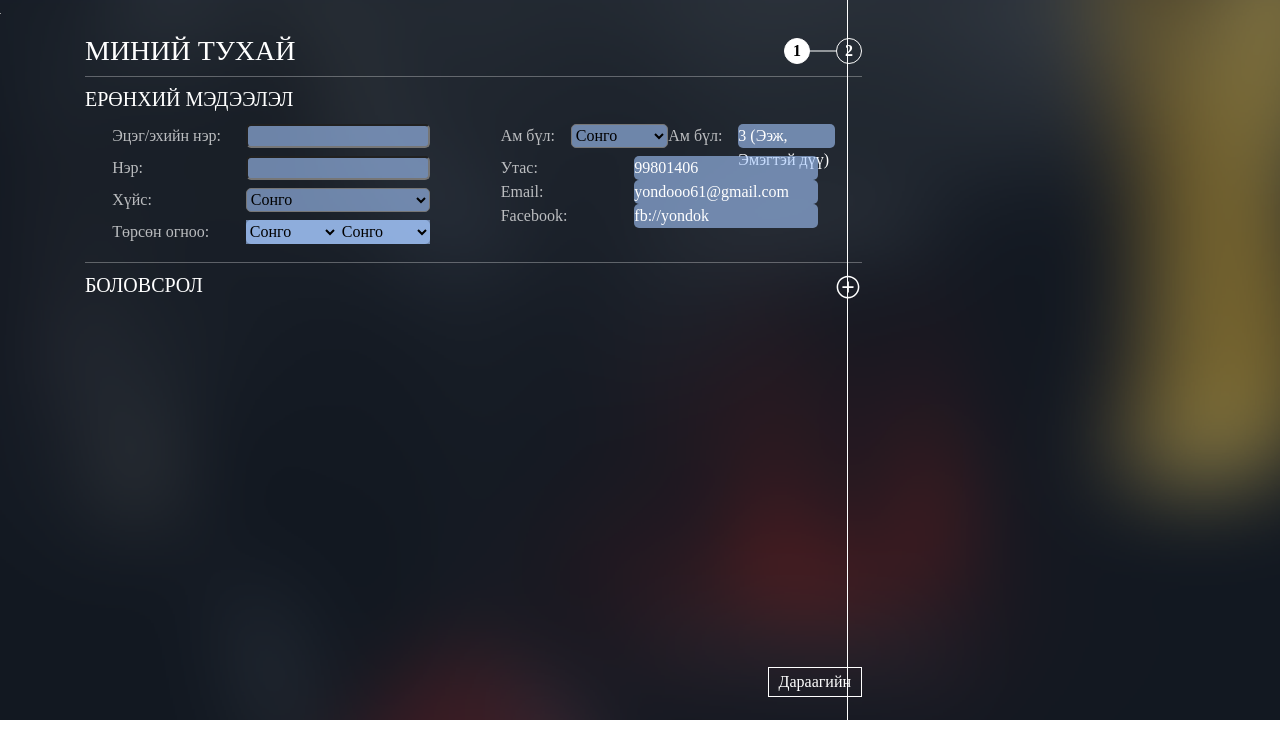
Repository: Yondo202/svProject
Page: /
An editor plug-in stored every save of this project. The page is shown before and after the next save, followed by the edit.
The browser window is 1280 px wide. The pictures show the whole page.
The project was rebuilt for these pictures with package versions that can differ from the ones it lists, and the page was loaded fresh each time. The framework's server and built-in components were replaced by stand-ins that run in the browser. Also part of the build but not shown: next.config.js, style/style.scss.

Above is the page before, as saved 2020-11-20 01:37:41.

### pages/_app.js
import React from "react";
import App from "next/app";
import '../style/style.scss'
import { AnimatePresence } from "framer-motion";
import { MenuProvider } from "@/miscs/ContextMenuProvider";
import { ThemeProvider } from "styled-components";
import * as theme from "@/miscs/theme";
import checkLanguage from "@/components/miscs/checkLanguage";

const base = "http://localhost:1337";

class MyApp extends App {
    state = {
        menu: [],
        completelyLoaded: false,
    };
    // async componentDidMount() {
    //     let res = await checkLanguage(queryString, null);
    //     this.setState({ completelyLoaded: true, menu: res.data.menu.Main});
    // }

    render() {
        const { Component, pageProps, router } = this.props;

        return (
            <ThemeProvider theme={theme}>
                <MenuProvider value={this.state}>
                    <AnimatePresence exitBeforeEnter>
                        <Component {...pageProps} key={router.route} />
                    </AnimatePresence>
                </MenuProvider>
            </ThemeProvider>
        );
    }
}

export default MyApp;

const queryString = ``

// const queryString = `
// {
// menu {
//     Main {
//     Title Slug Page {
//         Slug
//         }
//         }
//     }
// }`;

### pages/_document.js
import css from '../style/style.scss'
import Document, { Html, Head, Main, NextScript } from 'next/document'
import Pixel from "@/components/miscs/Pixel";

class MyDocument extends Document {
    render(){
        return(
            <Html lang="mn">
                <Head>
                    <link rel="stylesheet" href="https://stackpath.bootstrapcdn.com/bootstrap/4.3.1/css/bootstrap.min.css" integrity="sha384-ggOyR0iXCbMQv3Xipma34MD+dH/1fQ784/j6cY/iJTQUOhcWr7x9JvoRxT2MZw1T" crossOrigin="anonymous"/>
                    <link rel="shortcut icon" href="/img/ico.png" />
                    <link href="https://fonts.googleapis.com/css2?family=Roboto:wght@300;400;700&display=swap" rel="stylesheet"/>
                    <link href="https://fonts.googleapis.com/css2?family=Poppins:wght@300;400;500&display=swap" rel="stylesheet"></link>
                    <Pixel/>
                </Head>
                <body>
                    <Main/>
                    <NextScript/>
                </body>
            </Html>
        )
    }
}

export default MyDocument

### pages/index.js
import React from "react";
import { motion } from "framer-motion";
import Background from '../components/Top'
import Forms from '../components/mainForm'

function index() {
    return (
        <div>
            <Background />
            <Forms />
        </div>
    )
}

export default index




























// import Root from "@/core/Root";
// import ResolveComponent from "@/components/dynamic/ResolveComponent"
// import checkLanguage from "@/components/miscs/checkLanguage";
// import { MenuContext } from '@/miscs/ContextMenuProvider'
// import { useContext } from "react";

// const Index = ({ data }) => {

//     let { Layout } = data
//     const { completelyLoaded } = useContext(MenuContext);

//     return (
//         <motion.div exit={{ opacity: 0 }} initial={{ opacity: 0 }} animate={{ opacity: 1 }} >
//             <Root noFooter>
//                 {completelyLoaded &&
//                     <ResolveComponent data={Layout} />
//                 }
//             </Root>
//         </motion.div>
//     );

// };
// export default Index;

// export async function getServerSideProps({ params, req }) {
//     let res = await checkLanguage('/home', req, true);
//     return { props: { data: res.data } }
// }

### components/miscs/ContextMenuProvider.js
import React from 'react';

const MenuContext = React.createContext();

const MenuProvider = MenuContext.Provider
const MenuConsumer = MenuContext.Consumer

export {MenuProvider, MenuConsumer, MenuContext}

### components/miscs/theme.js
export const colorOne = "#532532";
export const colorTwo = "#123123";
export const fontSize = "16px";
export const fontFamily1 = "Poppins', sans-serif"

### components/miscs/checkLanguage.js
import fetch from "node-fetch";
import parseCookies from '@/miscs/parseCookies';

const checkLanguage = async (queryString, req, normal) =>{

    const cookies = parseCookies(req);
    const httpObject = { method: 'post', headers: { 'Content-Type': 'application/json'}, body: JSON.stringify({ query: `query ${queryString}`})}

    if(normal){
        return new Promise(async(resolve, reject) => {
            if(cookies['tb-lang'] === "en"){
                const res = await fetch(`http://localhost:1337${queryString}`);
                const pageData = await res.json();
                return resolve({data: pageData});
            }
            else{
                const res = await fetch(`http://localhost:1337${queryString}`);
                const pageData = await res.json();
                return resolve({data: pageData});
            }
        })
    }

    return new Promise(async(resolve, reject)=>{
      if(cookies['tb-lang'] === "en"){
          const res = await fetch('http://localhost:1337/graphql', httpObject)
          const pageData = await res.json()
          return resolve({data: pageData.data});
      }
      else{
          const res = await fetch('http://localhost:1337/graphql', httpObject)
          const pageData = await res.json()
          return resolve({data: pageData.data});
      }
    })

}

export default checkLanguage

### components/miscs/Pixel.js
import React from "react";

export default () => (
    <React.Fragment>
        <script
            dangerouslySetInnerHTML={{
                __html: `!function(f,b,e,v,n,t,s){if(f.fbq)return;n=f.fbq=function(){n.callMethod?n.callMethod.apply(n,arguments):n.queue.push(arguments)};if(!f._fbq)f._fbq=n;n.push=n;n.loaded=!0;n.version='2.0';n.queue=[];t=b.createElement(e);t.async=!0;t.src=v;s=b.getElementsByTagName(e)[0];s.parentNode.insertBefore(t,s)}(window,document,'script','https://connect.facebook.net/en_US/fbevents.js');fbq('init', '626874991348714'); fbq('track', 'PageView');`,
            }}
        />
        <noscript
            dangerouslySetInnerHTML={{
                __html: `<img height="1" width="1" src="https://www.facebook.com/tr?id=626874991348714&ev=PageView&noscript=1"/>`,
            }}
        />
    </React.Fragment>
);

### components/Top.js
// import React from 'react';

// const Test = ({data}) => {
//     return (
//         <div>
//             {data.Title && <h1>{data.Title}hahhaha</h1>}
//         </div>
//     );
// };

// export default Test;

import React from 'react'
import styled from 'styled-components'
function top({data}) {
    return (
        <Conainer style={{backgroundImage:"url('/img/Blur.png')"}}>
        </Conainer>
    )
}

export default top


const Conainer = styled.div`
    color:white;
    background-size: cover;
    background-position:center center;
    min-height: 80vh;
    max-height: 100vh;
    height: 100vh;
    width: 100%;
    position: fixed;
    top:0;
    z-index: -2;
`

### components/miscs/parseCookies.js
import cookie from 'cookie'

export default function parseCookies(req) {
    return cookie.parse(req ? req.headers.cookie || "" : document.cookie);
}

### components/form1.js
import React,{useState} from 'react'
import styled from 'styled-components'
import Modal from 'react-modal';
import {IoIosAddCircleOutline} from 'react-icons/io'
import {RiAddLine} from 'react-icons/ri'
import Education from '../components/education'
import Axios from 'axios';


const customStyles = {
    content : {
      top                   : '50%',
      left                  : '50%',
      right                 : 'auto',
      bottom                : 'auto',
      marginRight           : '-50%',
      transform             : 'translate(-50%, -50%)'
    }
  };

function form1() {
    var subtitle;
    const [modalIsOpen,setIsOpen] = React.useState(false);
    function openModal() {
      setIsOpen(true);
    }
    function closeModal(){
    setIsOpen(false);
    }
    const [Value,setValue] = useState('хоосон');


    const handleClick = async (e) =>{
        e.preventDefault();
        let rs = document.querySelectorAll('.getinput');
        let arr = Array.from(rs);
        let final = {};
        arr.map(element=>{
            let field = element.name;
            let value = element.value;
            final[field] = value
        });
        console.log(final, "kekeke")
        await Axios.post('http://localhost:1337/forms', final);
    }
    // const capitalize = (s) => {
    //     if (typeof s !== 'string') return ''
    //     return s.charAt(0).toUpperCase() + s.slice(1)
    //   }

    return (
        <Conainer>
            <div className="headerPAr">
                <h5 className="title">ЕРӨНХИЙ МЭДЭЭЛЭЛ</h5>
            </div>
            <div className="ParentInfo">
                <div className="colOne">
                    <div className="main-info">
                        <label className="B">Эцэг/эхийн нэр:</label>
                        <input className="getinput val" type="text" name="parent" />
                    </div>
                    <div className="main-info">
                        <label className="B">Нэр:</label>
                        <input className="getinput val" type="text" name="name" />
                    </div>
                    <div className="main-info">
                        <label className="B">Хүйс:</label>
                        <select className="getinput val" name="sex" placeholder="сүно">
                            <option value="" >Сонго</option>
                            <option value="man">Эрэгтэй</option>
                            <option value="women">Эмэгтэй</option>
                        </select>
                    </div>
                    <div className="main-info">
                        <label className="B">Төрсөн огноо:</label>
                        <div className="val">
                            <select className="getinput childs" name="sex" placeholder="сүно">
                                <option value="" >Сонго</option>
                                <option value="man">Эрэгтэй</option>
                                <option value="women">Эмэгтэй</option>
                            </select>
                            <select className="getinput childs" name="sex" placeholder="сүно">
                                <option value="" >Сонго</option>
                                <option value="man">Эрэгтэй</option>
                                <option value="women">Эмэгтэй</option>
                            </select>
                        </div>

                    </div>
                </div>

                <div className="colOne">
                    <div className="main-info">
                    <label className="B">Ам бүл:</label>
                    <select className="getinput val" name="sex" placeholder="сүно">
                            <option value="" >Сонго</option>
                            <option value="man">Эрэгтэй</option>
                            <option value="women">Эмэгтэй</option>
                    </select>
                        <span className="B">Ам бүл:</span>
                        <span className="val">3 (Ээж, Эмэгтэй дүү)</span>
                    </div>
                    <div className="main-info">
                        <span className="B">Утас:</span>
                        <span className="val">99801406</span>
                    </div>
                    <div className="main-info">
                        <span className="B">Email:</span>
                        <span className="val">yondooo61@gmail.com</span>
                    </div>
                    <div className="main-info">
                        <span className="B">Facebook:</span>
                        <span className="val">fb://yondok</span>
                    </div>
                </div>
            </div>

            <Education />
        </Conainer>
    )
}

export default form1

const Conainer = styled.div`
    padding-top:10px;
    .headerPAr{
        width:70%;
        display:flex;
        flex-direction:row;
        justify-content:space-between;
        margin-bottom:5px;
        .svgBtn{
            cursor:pointer;
            font-size:28px;
            border-radius:50%;
            transition:all 0.3s ease;
            &:hover{
                color:black;
                background:white;
            }
        }
    }
    .ParentInfo{
         display:flex;
         flex-direction: row;
         justify-content:space-around;
         width:70%;
         font-size:16px;
         border-bottom: solid 0.5px rgba(255,255,255, 0.3);
         padding-bottom:10px;
         .colOne{
             width:43%;
             .main-info{
                display:flex;
                flex-direction:row;
                justify-content:start;

                 .B{
                     color:rgba(255,255,255, 0.7);
                     width:40%;
                 }
                 .val{
                    border-radius:5px;
                    width:55%;
                    background:rgba(166,200,255, 0.6);
                    height:24px;
                    .childs{
                        background:rgba(166,200,255, 0.6);
                        height:24px;
                        width:50%;
                        border:none;
                    }
                 }
             }
         }
    }
    @media only screen and (max-width:786px){
        .headerPAr{
            width:100%;
        }
        .ParentInfo{
            flex-direction: column;
            width:100%;
            .colOne{
                width:100%;
            }
        }
    }
`

### components/form2.js
import React from 'react'
import styled from 'styled-components'
import Modal from 'react-modal';
import {IoIosAddCircleOutline} from 'react-icons/io'
import {RiAddLine} from 'react-icons/ri'
import Education from '../components/education'


const customStyles = {
    content : {
      top                   : '50%',
      left                  : '50%',
      right                 : 'auto',
      bottom                : 'auto',
      marginRight           : '-50%',
      transform             : 'translate(-50%, -50%)'
    }
  };

function form2() {
    var subtitle;
    const [modalIsOpen,setIsOpen] = React.useState(false);
    function openModal() {
      setIsOpen(true);
    }
    function afterOpenModal() {
        // references are now sync'd and can be accessed.
        subtitle.style.color = '#0E3232';
      }
    function closeModal(){
    setIsOpen(false);
    }
    return (
        <Conainer>
            <div className="headerPAr">
                <h5 className="title">ЕРӨНХИЙ МЭДЭЭЛЭЛ</h5>
                <div>
                <IoIosAddCircleOutline  className="svgBtn" onClick={openModal} />
                {/* <span  className="svgBtn" onClick={openModal}>+</span> */}
                    <Modal
                        isOpen={modalIsOpen}
                        onAfterOpen={afterOpenModal}
                        onRequestClose={closeModal}
                        style={customStyles}
                        contentLabel="Example Modal"
                    >
                        {/* <h2 ref={_subtitle => (subtitle = _subtitle)}>Hello</h2> */}
                        <button onClick={closeModal}>close</button>
                        <form>
                            {/* <input />
                            <button>tab navigation</button>
                            <button>stays</button>
                            <button>inside</button>
                            <button>the modal</button> */}
                        </form>
                    </Modal>
                    </div>
                </div>
            <div className="ParentInfo">
                <div className="colOne">
                    <div className="main-info">
                        <span className="B">Эцэг/эхийн нэр:</span>
                        <span className="val">Гантулга</span>
                    </div>
                    <div className="main-info">
                        <span className="B">Нэр:</span>
                        <span className="val">Ёндонжамц</span>
                    </div>
                    <div className="main-info">
                        <span className="B">Хүйс:</span>
                        <span className="val">Эр</span>
                    </div>
                    <div className="main-info">
                        <span className="B">Төрсөн огноо:</span>
                        <span className="val">1996-05-10</span>
                    </div>
                </div>

                <div className="colOne">
                    <div className="main-info">
                        <span className="B">Ам бүл:</span>
                        <span className="val">3 (Ээж, Эмэгтэй дүү)</span>
                    </div>
                    <div className="main-info">
                        <span className="B">Утас:</span>
                        <span className="val">99801406</span>
                    </div>
                    <div className="main-info">
                        <span className="B">Email:</span>
                        <span className="val">yondooo61@gmail.com</span>
                    </div>
                    <div className="main-info">
                        <span className="B">Facebook:</span>
                        <span className="val">fb://yondok</span>
                    </div>
                </div>
            </div>

            <Education />
        </Conainer>
    )
}

export default form2

const Conainer = styled.div`
    padding-top:10px;
    .headerPAr{
        width:70%;
        display:flex;
        flex-direction:row;
        justify-content:space-between;
        margin-bottom:5px;
        .svgBtn{
            cursor:pointer;
            font-size:28px;
            border-radius:50%;
            transition:all 0.3s ease;
            &:hover{
                color:black;
                background:white;
            }
        }
    }
    .ParentInfo{
         display:flex;
         flex-direction: row;
         justify-content:space-around;
         width:70%;
         font-size:16px;
         border-bottom: solid 0.5px rgba(255,255,255, 0.3);
         padding-bottom:10px;
         .colOne{
             width:43%;
             .main-info{
                display:flex;
                flex-direction:row;
                justify-content:space-between;

                 .B{
                     color:rgba(255,255,255, 0.7);
                     width:40%;
                 }
                 .val{
                    // margin-left:15px;
                    width:55%;
                 }
             }
         }
    }
`

### components/education.js
import React from 'react'
import styled from 'styled-components'
import {IoIosAddCircleOutline} from 'react-icons/io'
import Modal from 'react-modal';

const customStyles = {
    content : {
      top                   : '50%',
      left                  : '50%',
      right                 : 'auto',
      bottom                : 'auto',
      marginRight           : '-50%',
      transform             : 'translate(-50%, -50%)'
    }
  };
function education() {
    var subtitle;
    const [modalIsOpen,setIsOpen] = React.useState(false);
    function openModal() {
      setIsOpen(true);
    }
    function afterOpenModal() {
        // references are now sync'd and can be accessed.
        subtitle.style.color = '#0E3232';
      }
    function closeModal(){
    setIsOpen(false);
    }


    return (
        <Container>
            <div className="headerPAr">
                <h5 className="title">БОЛОВСРОЛ</h5>
                <div>
                <IoIosAddCircleOutline className="svgBtn" onClick={openModal} />
                    <Modal
                        isOpen={modalIsOpen}
                        onAfterOpen={afterOpenModal}
                        onRequestClose={closeModal}
                        style={customStyles}
                        contentLabel="Example Modal"
                    >
                        <h2 ref={_subtitle => (subtitle = _subtitle)}>Hello</h2>
                        <button onClick={closeModal}>close</button>
                        <form>
                            <input />
                            <button>tab navigation</button>
                            <button>stays</button>
                            <button>inside</button>
                            <button>the modal</button>
                        </form>
                    </Modal>
                    </div>
                </div>
        </Container>
    )
}

export default education


const Container = styled.div`
    padding-top:10px;

`

Loaded but not shown: components/mainForm.js (180 lines, source omitted)

After the next save:
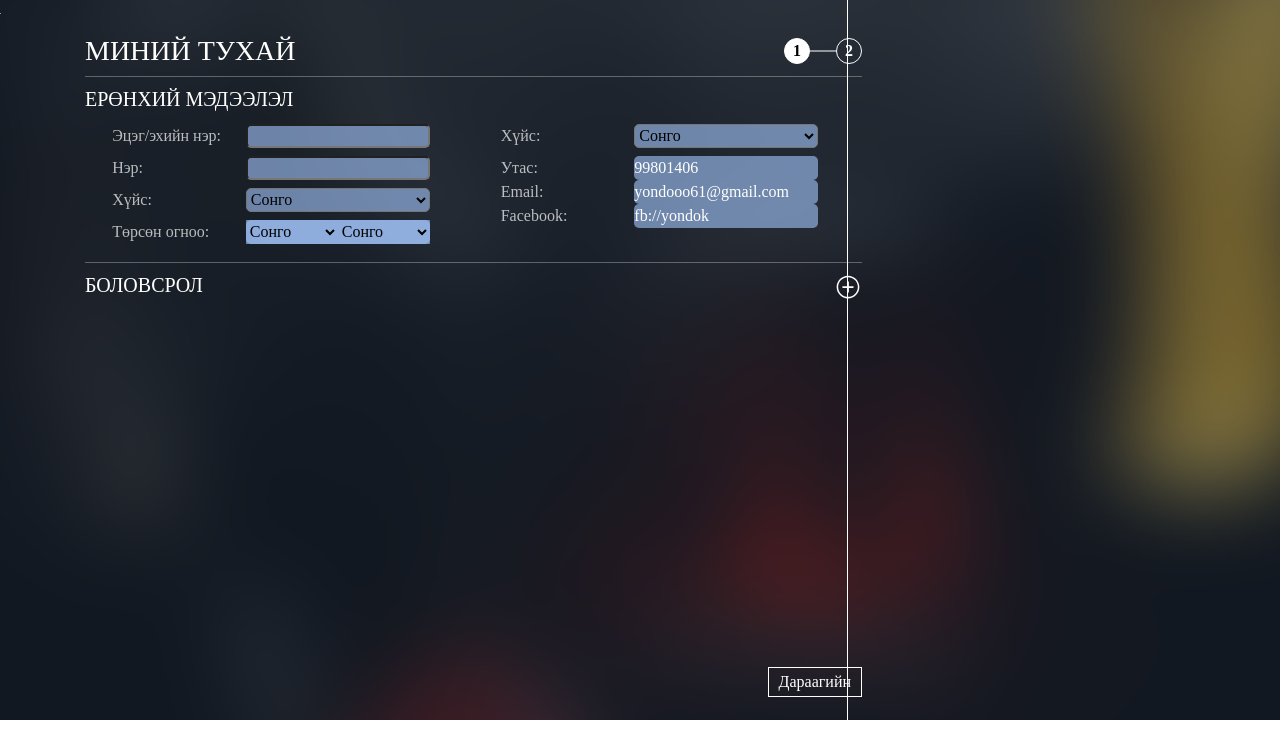
Saved 10 s later.
--- a/components/form1.js
+++ b/components/form1.js
@@ -91,14 +91,13 @@ function form1() {
 
                 <div className="colOne">
                     <div className="main-info">
-                    <label className="B">Ам бүл:</label>
-                    <select className="getinput val" name="sex" placeholder="сүно">
+                    <label className="B">Хүйс:</label>
+                        <select className="getinput val" name="sex" placeholder="сүно">
                             <option value="" >Сонго</option>
                             <option value="man">Эрэгтэй</option>
                             <option value="women">Эмэгтэй</option>
                     </select>
-                        <span className="B">Ам бүл:</span>
-                        <span className="val">3 (Ээж, Эмэгтэй дүү)</span>
+
                     </div>
                     <div className="main-info">
                         <span className="B">Утас:</span>
